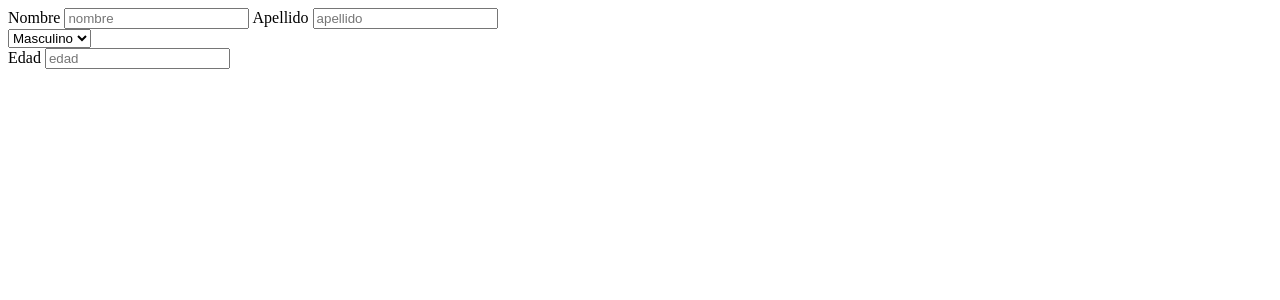
Repository: oskiman18/TP-Final
Page: http://localhost/Tp_integrador_grupo_2/perfil.jsp
These files come from the project's save history. The page is drawn as it stood at one moment and after the next save; the edit follows.
The browser window is 1280 px wide. The pictures show the whole page.
The page is served by Tomcat 9.

Above is the page before, as saved 2021-06-23 16:16:34.

### Tp_integrador_grupo_2/src/main/webapp/perfil.jsp
<%@ page language="java" contentType="text/html; charset=ISO-8859-1"
    pageEncoding="ISO-8859-1"%>
<!DOCTYPE html>
<html>
<head>
<meta charset="ISO-8859-1">
<title> Home </title>
</head>

	<body>
		<form>
			<div>
				<label for='nombre'>Nombre</label>
				<input name='nombre' type='text' placeholder='nombre'>

				<label for='apellido'>Apellido</label>
				<input name='apellido' type='text' placeholder='apellido'>
			</div>

			<div>
				<select>
					<option value='1'> Masculino </option>
					<option value='2'> Femenino </option>
					<option value='3'> Otro </option>
				</select>
			</div>

			<div>
				<label for='edad'>Edad</label>
				<input name='edad' type='number' placeholder='edad'>
			</div>

		</form>
	</body>

</html>

After the next save:
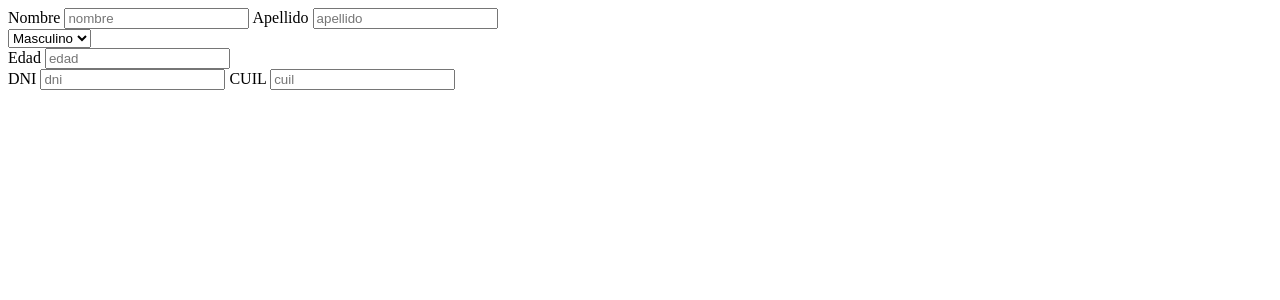
Saved 61 s later.
--- a/Tp_integrador_grupo_2/src/main/webapp/perfil.jsp
+++ b/Tp_integrador_grupo_2/src/main/webapp/perfil.jsp
@@ -30,6 +30,14 @@
 				<input name='edad' type='number' placeholder='edad'>
 			</div>
 
+			<div>
+				<label for='dni'>DNI</label>
+				<input name='dni' type='number' placeholder='dni'>
+
+				<label for='cuil'>CUIL</label>
+				<input name='cuil' type='number' placeholder='cuil'>
+			</div>
+
 		</form>
 	</body>
 
